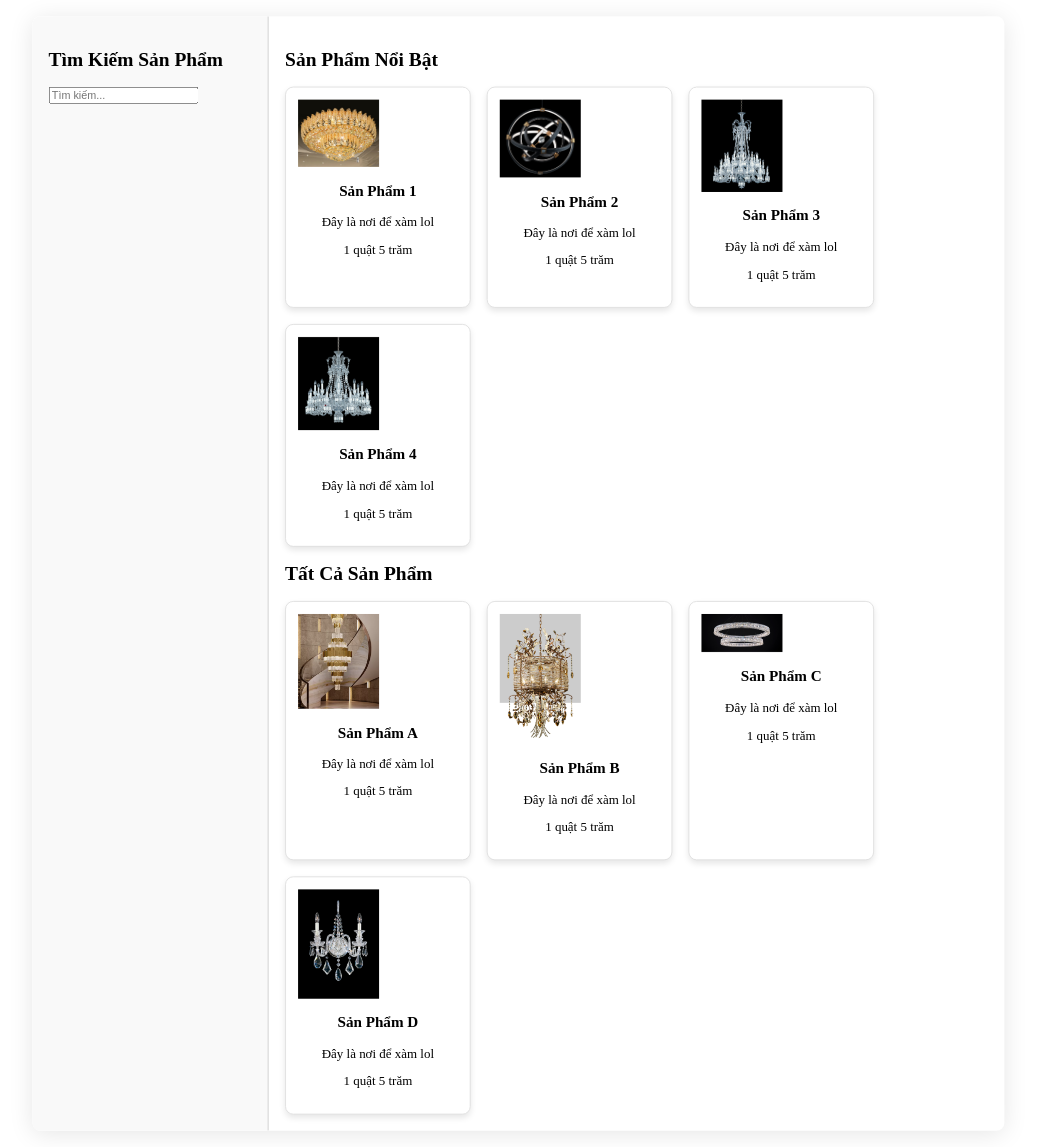
Repository: Nghia251506/eproject
Page: http://localhost/eproject/app/views/product.php
The author's editor kept a copy of each file at every save. The page is drawn from the files as they stood at one save, then again after the next save.
The browser window is 1280 px wide. The pictures show the whole page, at 81% of full size.
The page is run by PHP 8.4 with error messages shown; the project is at /var/www/html/.

Above is the page before, as saved 2024-10-05 18:49:45.

### app/views/product.php
<!DOCTYPE html>
<html lang="vi">
<head>
    <meta charset="UTF-8">
    <meta name="viewport" content="width=device-width, initial-scale=1.0">
    <title>product</title>
    <link rel="stylesheet" href="http://localhost/eproject/app/assets/css/product.css"> <!-- Bạn có thể thêm CSS tại đây -->
</head>
<body>
<div class="container-product">
        <aside class="sidebar">
            <h2>Tìm Kiếm Sản Phẩm</h2>
            <input type="text" placeholder="Tìm kiếm...">
        </aside>

        <main class="main-content">
            <section class="featured-products">
                <h2>Sản Phẩm Nổi Bật</h2>
                <div class="product-row">
                    <div class="product">
                        <img src="http://localhost/eproject/app/assets/data/den1.png" alt="Sản phẩm 1" />
                        <h3>Sản Phẩm 1</h3>
                        <p>Đây là nơi để xàm lol</p>
                        <p>1 quật 5 trăm</p>
                    </div>
                    <div class="product">
                        <img src="http://localhost/eproject/app/assets/data/den2.png" alt="Sản phẩm 2" />
                        <h3>Sản Phẩm 2</h3>
                        <p>Đây là nơi để xàm lol</p>
                        <p>1 quật 5 trăm</p>
                    </div>
                    <div class="product">
                        <img src="http://localhost/eproject/app/assets/data/den3.png" alt="Sản phẩm 3" />
                        <h3>Sản Phẩm 3</h3>
                        <p>Đây là nơi để xàm lol</p>
                        <p>1 quật 5 trăm</p>
                    </div>
                    <div class="product">
                        <img src="http://localhost/eproject/app/assets/data/den4.png" alt="Sản phẩm 4" />
                        <h3>Sản Phẩm 4</h3>
                        <p>Đây là nơi để xàm lol</p>
                        <p>1 quật 5 trăm</p>
                    </div>
                </div>
            </section>

            <section class="all-products">
                <h2>Tất Cả Sản Phẩm</h2>
                <div class="product-row">
                    <div class="product">
                        <img src="http://localhost/eproject/app/assets/data/den5.png" alt="Sản phẩm A" />
                        <h3>Sản Phẩm A</h3>
                        <p>Đây là nơi để xàm lol</p>
                        <p>1 quật 5 trăm</p>
                    </div>
                    <div class="product">
                        <img src="http://localhost/eproject/app/assets/data/den6.png" alt="Sản phẩm B" />
                        <h3>Sản Phẩm B</h3>
                        <p>Đây là nơi để xàm lol</p>
                        <p>1 quật 5 trăm</p>
                    </div>
                    <div class="product">
                        <img src="http://localhost/eproject/app/assets/data/den7.png" alt="Sản phẩm C" />
                        <h3>Sản Phẩm C</h3>
                        <p>Đây là nơi để xàm lol</p>
                        <p>1 quật 5 trăm</p>
                    </div>
                    <div class="product">
                        <img src="http://localhost/eproject/app/assets/data/den8.png" alt="Sản phẩm D" />
                        <h3>Sản Phẩm D</h3>
                        <p>Đây là nơi để xàm lol</p>
                        <p>1 quật 5 trăm</p>
                    </div>
                </div>
                <!-- Them sp o duoi -->
            </section>
        </main>
    </div>
</body>
</html>

### app/assets/css/product.css
/* Container sản phẩm           */
/* ============================= */
.container-product {
    display: flex;
    max-width: 1200px;
    margin: 20px auto;
    background-color: #fff;
    border-radius: 10px;
    box-shadow: 0 4px 30px rgba(0, 0, 0, 0.1);
    overflow: hidden; /* Ẩn viền cho gọn */
}

/* ============================= */
/* Sidebar                      */
/* ============================= */
.sidebar {
    width: 250px; /* Chiều rộng sidebar */
    padding: 20px;
    background-color: #f9f9f9;
    border-right: 2px solid #ddd;
    border-radius: 10px 0 0 10px;
}

.sidebar__title {
    margin-top: 0;
    font-size: 1.8em;
    color: #333;
    text-align: center;
}

.sidebar__search-input {
    width: 100%;
    padding: 12px 15px;
    margin-top: 15px;
    border: 2px solid #007BFF;
    border-radius: 5px;
    font-size: 1.1em;
    box-shadow: 0 2px 5px rgba(0, 0, 0, 0.1);
    transition: border-color 0.3s, box-shadow 0.3s;
}

.sidebar__search-input:focus {
    border-color: #0056b3;
    outline: none;
    box-shadow: 0 0 8px rgba(0, 123, 255, 0.5);
}

/* ============================= */
/* Nội dung chính              */
/* ============================= */
.main-content {
    flex-grow: 1; /* Chiếm phần còn lại của container */
    padding: 20px;
}

/* Tiêu đề mục sản phẩm */
.products__section {
    margin-bottom: 40px;
}

.products__section h2 {
    font-size: 1.6em;
    color: #333;
    border-bottom: 2px solid #007BFF;
    padding-bottom: 5px;
}

/* ============================= */
/* Dòng sản phẩm               */
/* ============================= */
.product-row {
    display: flex;
    flex-wrap: wrap;
    gap: 20px;
}

/* ============================= */
/* Sản phẩm                    */
/* ============================= */
.product {
    background-color: #fff;
    border: 1px solid #ddd;
    border-radius: 10px;
    padding: 15px;
    text-align: center;
    transition: transform 0.3s, box-shadow 0.3s;
    width: calc(25% - 20px); /* 4 sản phẩm mỗi hàng */
    box-shadow: 0 4px 8px rgba(0, 0, 0, 0.1);
}

.product__image {
    max-width: 100%;
    height: auto;
    border-radius: 5px;
}

.product__title {
    margin: 10px 0 5px;
    font-size: 1.2em;
    color: #333;
}

.product__description {
    margin: 5px 0;
    color: #666;
}

/* Hiệu ứng hover trên sản phẩm */
.product:hover {
    transform: scale(1.05);
    box-shadow: 0 12px 24px rgba(0, 0, 0, 0.2);
}

/* ============================= */
/* Căn chỉnh hình ảnh sản phẩm  */
/* ============================= */
.container-product img {
    display: block;
    margin-bottom: 15px;
    max-width: 100px;
}

After the next save:
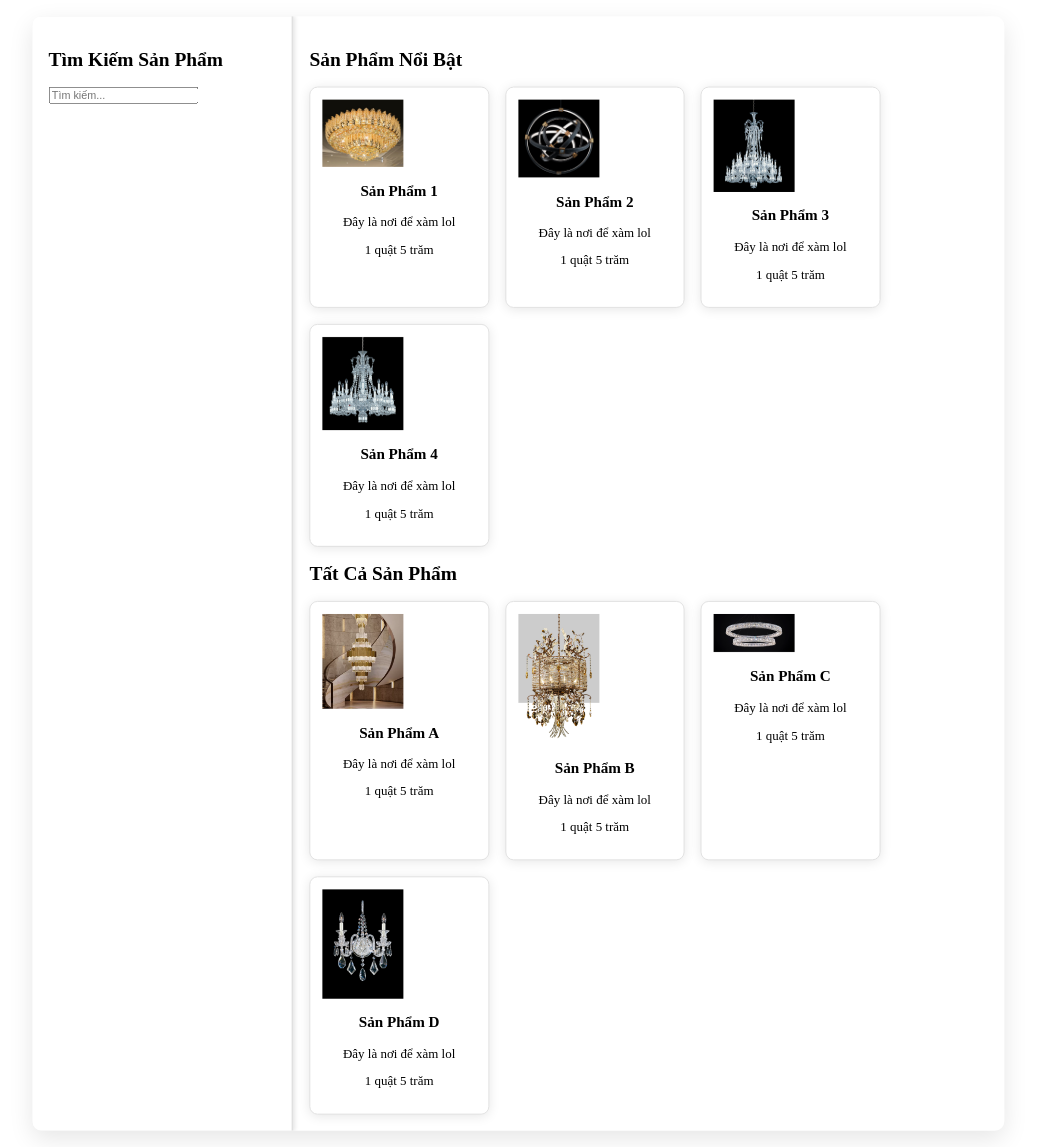
Saved 2 min 12 s later.
--- a/app/assets/css/product.css
+++ b/app/assets/css/product.css
@@ -5,20 +5,25 @@
     max-width: 1200px;
     margin: 20px auto;
     background-color: #fff;
-    border-radius: 10px;
-    box-shadow: 0 4px 30px rgba(0, 0, 0, 0.1);
-    overflow: hidden; /* Ẩn viền cho gọn */
+    border-radius: 12px; /* Bo góc lớn hơn */
+    box-shadow: 0 10px 30px rgba(0, 0, 0, 0.1);
+    overflow: hidden;
 }
 
 /* ============================= */
 /* Sidebar                      */
 /* ============================= */
 .sidebar {
-    width: 250px; /* Chiều rộng sidebar */
+    width: 280px; /* Chiều rộng sidebar */
     padding: 20px;
-    background-color: #f9f9f9;
-    border-right: 2px solid #ddd;
-    border-radius: 10px 0 0 10px;
+    background-color: #ffffff; /* Màu nền trắng cho sidebar */
+    border-right: 2px solid #e0e0e0;
+    box-shadow: 2px 0 5px rgba(0, 0, 0, 0.1); /* Đổ bóng bên phải */
+    transition: background-color 0.3s;
+}
+
+.sidebar:hover {
+    background-color: #f1f1f1; /* Hiệu ứng hover */
 }
 
 .sidebar__title {
@@ -30,30 +35,29 @@
 
 .sidebar__search-input {
     width: 100%;
-    padding: 12px 15px;
+    padding: 12px;
     margin-top: 15px;
-    border: 2px solid #007BFF;
+    border: 1px solid #007BFF;
     border-radius: 5px;
     font-size: 1.1em;
-    box-shadow: 0 2px 5px rgba(0, 0, 0, 0.1);
+    box-shadow: 0 1px 3px rgba(0, 0, 0, 0.1);
     transition: border-color 0.3s, box-shadow 0.3s;
 }
 
 .sidebar__search-input:focus {
     border-color: #0056b3;
     outline: none;
-    box-shadow: 0 0 8px rgba(0, 123, 255, 0.5);
+    box-shadow: 0 0 5px rgba(0, 86, 179, 0.5);
 }
 
 /* ============================= */
 /* Nội dung chính              */
 /* ============================= */
 .main-content {
-    flex-grow: 1; /* Chiếm phần còn lại của container */
+    flex-grow: 1;
     padding: 20px;
 }
 
-/* Tiêu đề mục sản phẩm */
 .products__section {
     margin-bottom: 40px;
 }
@@ -61,8 +65,8 @@
 .products__section h2 {
     font-size: 1.6em;
     color: #333;
-    border-bottom: 2px solid #007BFF;
-    padding-bottom: 5px;
+    border-bottom: 3px solid #007BFF;
+    padding-bottom: 10px;
 }
 
 /* ============================= */
@@ -84,14 +88,25 @@
     padding: 15px;
     text-align: center;
     transition: transform 0.3s, box-shadow 0.3s;
-    width: calc(25% - 20px); /* 4 sản phẩm mỗi hàng */
-    box-shadow: 0 4px 8px rgba(0, 0, 0, 0.1);
+    width: calc(25% - 20px);
+    box-shadow: 0 2px 15px rgba(0, 0, 0, 0.1);
+    position: relative; /* Để dễ dàng tạo hiệu ứng overlay */
+}
+
+.product:hover {
+    transform: translateY(-5px); /* Di chuyển lên khi hover */
+    box-shadow: 0 12px 30px rgba(0, 0, 0, 0.2);
 }
 
 .product__image {
     max-width: 100%;
     height: auto;
     border-radius: 5px;
+    transition: transform 0.3s; /* Hiệu ứng phóng to */
+}
+
+.product:hover .product__image {
+    transform: scale(1.05); /* Phóng to hình ảnh khi hover */
 }
 
 .product__title {
@@ -105,12 +120,6 @@
     color: #666;
 }
 
-/* Hiệu ứng hover trên sản phẩm */
-.product:hover {
-    transform: scale(1.05);
-    box-shadow: 0 12px 24px rgba(0, 0, 0, 0.2);
-}
-
 /* ============================= */
 /* Căn chỉnh hình ảnh sản phẩm  */
 /* ============================= */
